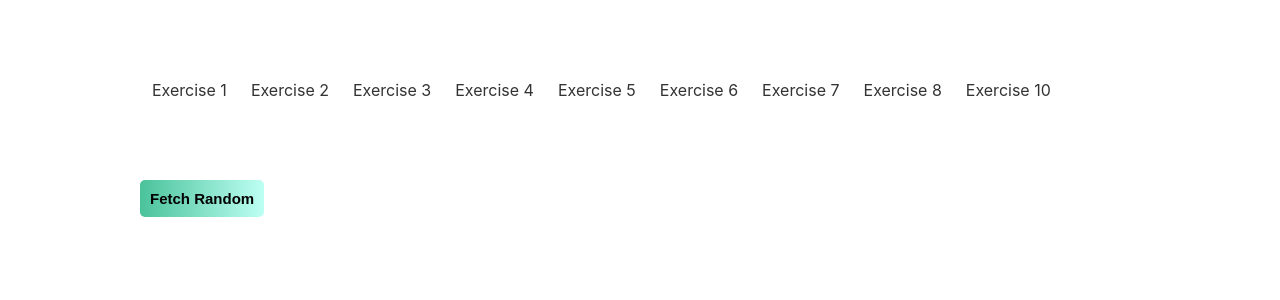
Repository: LukeBinh/reactjsexercises
Page: /ex10
These files come from the project's save history. The page is drawn as it stood at one moment and after a run of saves; the edit follows.
The browser window is 1280 px wide. The pictures show the whole page.
The page's requests for data from a server got no answer. The project was rebuilt for these pictures with package versions that can differ from the ones it lists, and the page was loaded fresh each time. No one was signed in, and anything a server would have sent is missing. Also part of the build but not shown: src/components/Ex1/Ex1.tsx, src/components/Ex2/Ex2.tsx, src/components/Ex3/ex3.css, src/components/Ex3/Ex3.tsx, src/components/Ex4/ex4.css, src/components/Ex4/Ex4.jsx, src/components/Ex5/Ex5.tsx, src/components/Ex6/Ex6.tsx and 4 more.

Above is the page before, as saved 2022-04-27 15:51:58.

### src/App.tsx
import React from "react";
import "./App.css";
import { BrowserRouter, Routes, Route } from "react-router-dom";
import {
  Header,
  Ex1,
  Ex2,
  Ex3,
  Ex4,
  Ex5,
  Ex7,
  Ex8,
  Ex6,
  Ex10,
} from "./components/index";

function App() {
  return (
    <div className="App">
      <BrowserRouter>
        <Header />
        <Routes>
          <Route path="/ex1" element={<Ex1 />} />
          <Route path="/ex2" element={<Ex2 />} />
          <Route path="/ex3" element={<Ex3 />} />
          <Route path="/ex4" element={<Ex4 />} />
          <Route path="/ex5" element={<Ex5 />} />
          <Route path="/ex6" element={<Ex6 />} />
          <Route path="/ex7" element={<Ex7 />} />
          <Route path="/ex8" element={<Ex8 />} />
          <Route path="/ex10" element={<Ex10 />} />
        </Routes>
      </BrowserRouter>
    </div>
  );
}

export default App;

### src/App.css
button {
  outline: none;
  cursor: pointer;
}
ul,
li {
  list-style: none;
}
a {
  text-decoration: none;
}

### src/components/index.tsx
export { default as Header } from "./Header/Header";
export { default as Ex1 } from "./Ex1/Ex1";
export { default as Ex2 } from "./Ex2/Ex2";
export { default as Ex3 } from "./Ex3/Ex3";
export { default as Ex4 } from "./Ex4/Ex4";
export { default as Ex5 } from "./Ex5/Ex5";
export { default as Ex6 } from "./Ex6/Ex6";
export { default as Ex7 } from "./Ex7/Ex7";
export { default as Ex8 } from "./Ex8/Ex8";
export { default as Ex10 } from "./Ex10/Ex10";

### src/components/Header/Header.tsx
import React from "react";
import "./header.css";

import { Outlet, Link } from "react-router-dom";

const Header = () => {
  return (
    <div className="header-bar container">
      <ul className="header-bar-menu">
        <li className="header-bar-item">
          <Link to="/ex1">Exercise 1</Link>
        </li>
        <li className="header-bar-item">
          <Link to="/ex2">Exercise 2</Link>
        </li>
        <li className="header-bar-item">
          <Link to="/ex3">Exercise 3</Link>
        </li>
        <li className="header-bar-item">
          <Link to="/ex4">Exercise 4</Link>
        </li>
        <li className="header-bar-item">
          <Link to="/ex5">Exercise 5</Link>
        </li>
        <li className="header-bar-item">
          <Link to="/ex6">Exercise 6</Link>
        </li>
        <li className="header-bar-item">
          <Link to="/ex7">Exercise 7</Link>
        </li>
        <li className="header-bar-item">
          <Link to="/ex8">Exercise 8</Link>
        </li>
        <li className="header-bar-item">
          <Link to="/ex10">Exercise 10</Link>
        </li>
      </ul>
      <Outlet />
    </div>
  );
};

export default Header;

### src/components/Ex10/Ex10.tsx
import React, { useEffect, useState } from "react";
import "./ex10.css";

interface dataType {
  id: string;
  first_name: string;
  last_name: string;
  avatar: string;
  employment: {
    title: string;
  };
}

function Ex10() {
  const [listUser, setListUser] = useState<Array<dataType>>([]);
  const fetchRandom = () => {
    const fetchData = async () => {
      const response = await fetch(
        "https://random-data-api.com/api/users/random_user?size=10"
      );
      const data = await response.json();
      setListUser(data);
    };
    fetchData();
  };
  useEffect(() => {
    fetchRandom();
  }, []);

  const handleClick = (e: React.MouseEvent<HTMLButtonElement, MouseEvent>) => {
    e.preventDefault();
    fetchRandom();
  };
  return (
    <div className="container">
      <button onClick={handleClick} className="button">Fetch Random</button>
      <div className="grid">
        {listUser.map((user) => (
          <div key={user.id} className="flexcol">
            <img src={user.avatar} alt={user.avatar} />
            <div>
              <a href="./" className="name">
                {user.first_name}
                {user.last_name}
              </a>
            </div>
            <div>
              <a href="./">{user.employment.title}</a>
            </div>
          </div>
        ))}
      </div>
    </div>
  );
}

export default Ex10;

### src/components/Header/header.css
.header-bar-menu{
    margin: 0;
    padding: 0;
    list-style: none;
    height: 80px;
    display: flex;
    align-items: center;
}

.header-bar-item{
    padding: 0 12px;
}

.header-bar-item a{
    display: inline-block;
    color: #333;
    text-decoration: none;
}

.header-bar-item a:hover{
    color: tomato;
}

### src/components/Ex2/ex2.css
* {
    padding: 0;
    margin: 0;
    box-sizing: border-box;
  }

  h1, h2, h3, h4, h5, h6 {
    margin: 0;
  }

  ul {
    list-style: none;
  }


  .separate {
    font-weight: 600;
    font-size: 20px;
  }

  .active {
    background-color: #bababa;
  }

  @media screen and (min-width: 1260px) {
    .container {
      max-width: 1000px;
    }
  }
  @media screen and (max-width: 1260px) {
    .container {
      max-width: 1000px;
    }
  }
  @media screen and (max-width: 1024px) {
    .container {
      max-width: 800px;
    }
  }
  @media screen and (max-width: 830px) {
    .container {
      max-width: 600px;
    }
  }
  @media screen and (max-width: 640px) {
    .container {
      width: 400px;
    }
  }
  @media screen and (max-width: 400px) {
    .container {
      width: 100%;
    }
  }
  .header{
    display: flex;
    height: 60px;
    align-items: center;
    padding: 0 20px;
    border: 1px solid black;
  }
  .header-menu {
    margin-left: 40px;
  }
  .header-menu_mobile {
    order: 3;
    display: none;
  }
  .header-menu_mobile .menu_mobile-btn {
    font-size: 25px;
    cursor: pointer;
  }
  .header-search {
    margin-left: auto;
  }
  .header-search_input {
    padding: 5px 12px;
    border-radius: 10px;
    outline: none;
  }
  @media screen and (max-width: 830px) {
    .header {
      justify-content: space-between;
    }
    .header-logo {
      font-size: 14px;
    }
    .header-menu {
      display: none;
    }
    .header-menu_mobile {
      display: block;
    }
    .header-search {
      margin-left: 0;
    }
  }
  @media screen and (max-width: 640px) {
    .header-search {
      display: none;
    }
  }

  .content {
    display: flex;
    border-top: 1px solid black;
    margin-top: 1px;
  }
  .content .sidebar {
    width: 160px;
    border: 1px solid black;
  }
  .content .sidebar .category-title, .content .sidebar .product-title {
    text-align: center;
    border: 1px solid black;
    background-color: #bababa;
  }
  .content .sidebar .category-list, .content .sidebar .product-list {
    padding-left: 20px;
    border: 1px solid black;
  }
  .content .sidebar .category-item, .content .sidebar .product-item {
    padding: 5px 0;
  }
  .content .sidebar-adver {
    min-height: 600px;
    border: 1px solid black;
  }
  .content .product {
    flex: 1;
    position: relative;
    padding-bottom: 200px;
  }
  .content .product-display {
    display: flex;
    flex-wrap: wrap;
    width: fit-content;
  }
  .content .product-box {
    border: 1px solid black;
    padding: 10px;
    width: 30%;
    text-align: center;
    margin: 5px;
  }
  .content .product-img {
    width: 100%;
  }
  .content .product-img img {
    width: 100%;
    height: 100%;
    object-fit: cover;
    object-position: center;
  }
  .content .product-price {
    font-size: 18px;
    margin: 5px 0;
  }
  .content .product-btn {
    min-width: 100px;
    padding: 5px 0;
    border-radius: 5px;
    outline: none;
    cursor: pointer;
  }
  .content .product-pagination {
    margin-top: 20px;
    width: 100%;
  }
  .content .product-pagination .pagination-btn {
    display: flex;
    width: 94%;
    justify-content: flex-end;
  }
  .content .product-pagination a {
    display: inline-block;
    text-decoration: none;
    color: black;
    width: 50px;
    text-align: center;
    padding: 5px 0;
    font-size: 18px;
    border: 1px solid black;
  }
  .content .product-pagination a:first-child {
    border-top-left-radius: 10px;
    border-bottom-left-radius: 10px;
  }
  .content .product-pagination a:last-child {
    border-top-right-radius: 10px;
    border-bottom-right-radius: 10px;
  }
  @media screen and (max-width: 1024px) {
    .content .product-box {
      width: 47%;
    }
    .content .product-price {
      font-size: 20px;
      margin: 10px 0;
    }
    .content .pagination-btn {
      width: 97% !important;
    }
  }
  @media screen and (max-width: 830px) {
    .content .container {
      max-width: 600px;
    }
    .content .hide-on-width {
      display: none;
    }
  }
  @media screen and (max-width: 640px) {
    .content {
      flex-direction: column;
    }
    .content .sidebar {
      width: 100%;
      margin-bottom: 20px;
    }
    .content .product-title {
      text-align: center;
    }
  }
  @media screen and (max-width: 400px) {
    .content .product-box {
      width: 100%;
      margin: 10px 0;
    }
    .content .pagination-btn {
      width: 100% !important;
    }
    .content a {
      font-size: 15px !important;
    }
  }

  .footer {
    border: 1px solid black;
    text-align: center;
    padding: 20px 0;
  }
  .footer .link-active {
    text-decoration: none;
    color: black;
  }

  /*# sourceMappingURL=style.css.map */

### src/components/Ex6/ex6.css
.button {
  border: none;
  padding: 10px;
  border-radius: 5px;
  background: linear-gradient(to left, #bdfff3, #4ac29a);

  font-size: 15px;
  font-weight: 600;
  transition: color 200ms linear;
}
.button:hover {
  color: white;
}
.inputEx6 {
  color: grey;
  padding: 5px 20px;
  border-radius: 5px;
  margin-bottom: 5px;
}

### src/components/Ex10/ex10.css
div.grid {
  display: grid;
  grid-template-columns: 1fr 1fr;
  gap: 10px;
}
.flexcol {
  display: flex;
  justify-content: center;
  align-items: center;
  flex-direction: column;
  gap: 15px;

  border-radius: 10px;

  background: linear-gradient(
    to right,
    #ffdde1,
    #ee9ca7
  );

  box-shadow: 0 1px 1px rgba(0, 0, 0, 0.15);
}
.name {
  font-weight: 700;
  color: black;
}

### src/components/Ex7/ex7.css
.flex {
  display: flex;
  justify-content: space-around;
}
.box {
  border-radius: 10px;
  width: 300px;
  height: 150px;
  background-color: linen;
  padding: 15px;
}
.info {
  display: flex;
  flex-direction: column;
  justify-content: center;
  align-items: center;
  line-height: 1.5;
  text-align: center;
}
.setup {
  display: block;
  width: 200px;
  font-weight: 700;
}
.punchline {
  color: grey;
  margin-top: 10px;
}

Loaded but not shown: src/index.tsx (common file); src/index.css (common file); src/reportWebVitals.ts (common file)

After the next 2 saves:
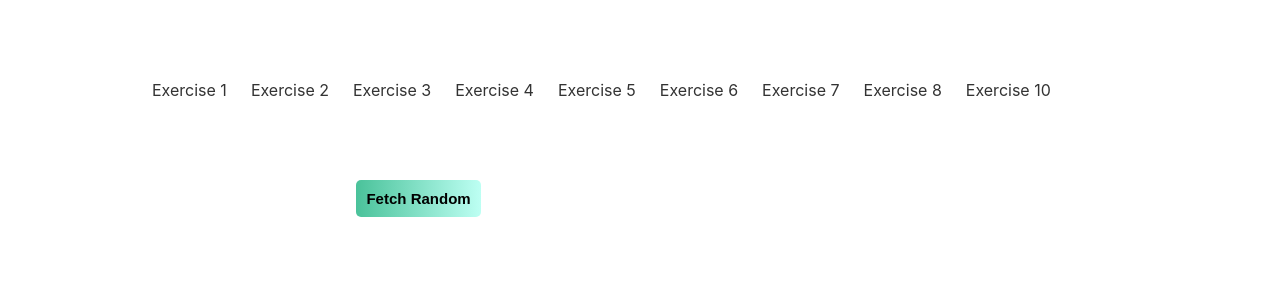
The 2 saves are shown as one change because they came seconds apart.
The last was saved 13 s later.
--- a/src/components/Ex10/Ex10.tsx
+++ b/src/components/Ex10/Ex10.tsx
@@ -32,7 +32,7 @@ function Ex10() {
     fetchRandom();
   };
   return (
-    <div className="container">
+    <div className="container flex">
       <button onClick={handleClick} className="button">Fetch Random</button>
       <div className="grid">
         {listUser.map((user) => (
